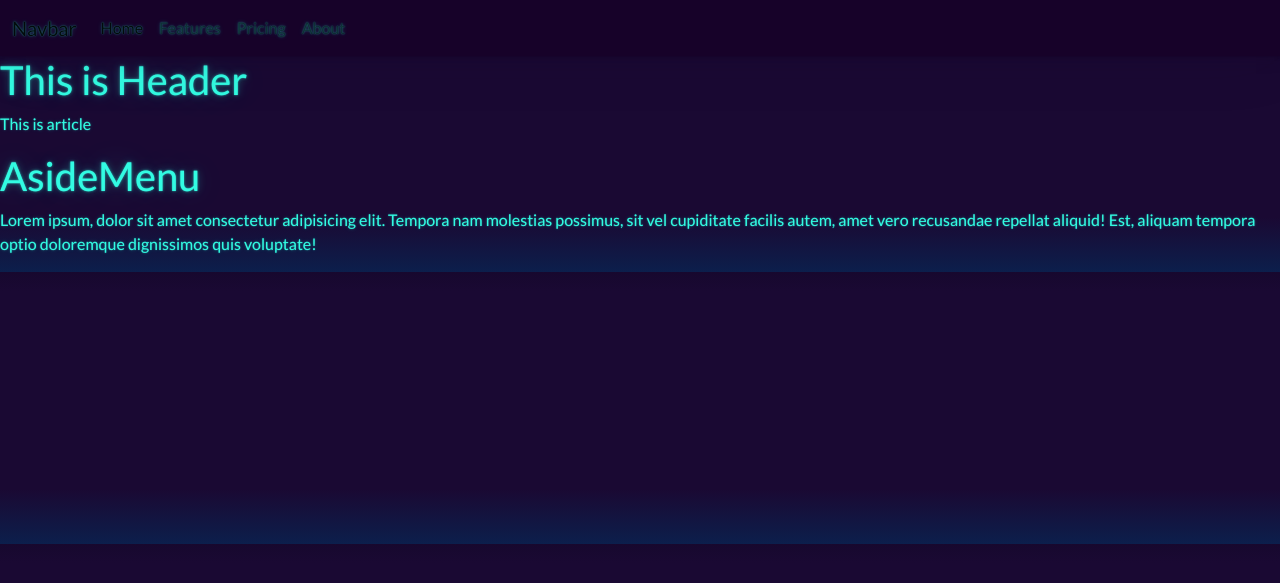
Repository: chanwarichawki/React-BC
Page: /
An editor plug-in stored every save of this project. The page is shown before and after the next save, followed by the edit.
The browser window is 1280 px wide. The pictures show the whole page.
Some web libraries are served in a nearby version. The project was rebuilt for these pictures with package versions that can differ from the ones it lists, and the page was loaded fresh each time. Also part of the build but not shown: vite.config.js.

Above is the page before, as saved 2024-01-14 20:04:03.

### src/App.jsx
import Article from "./components/Article";
import Header from "./components/Header";
import NavBar from "./components/NavBar";

function App() {
  return (
    <>
    <NavBar />
    <Header />
    <Article />
    </>
  )
}

export default App

### src/index.css
@import "/node_modules/bootswatch/dist/vapor/bootstrap.min.css"

### src/components/Article.jsx
import AsideMenu from "./AsideMenu"

const Article = () => {
  return (
      <>
      <div>
      <p>This is article</p>
      </div>
      <AsideMenu />
      </>
  )
}

export default Article

### src/components/Header.jsx

function Header() {
  return (
    <div><h1>This is Header</h1></div>
  )
}

export default Header

### src/components/NavBar.jsx

function NavBar() {
  return (
    <nav className="navbar navbar-expand-lg bg-dark" data-bs-theme="dark">
  <div className="container-fluid">
    <a className="navbar-brand" href="#">Navbar</a>
    <button className="navbar-toggler" type="button" data-bs-toggle="collapse" data-bs-target="#navbarColor02" aria-controls="navbarColor02" aria-expanded="false" aria-label="Toggle navigation">
      <span className="navbar-toggler-icon"></span>
    </button>
    <div className="collapse navbar-collapse" id="navbarColor02">
      <ul className="navbar-nav me-auto">
        <li className="nav-item">
          <a className="nav-link active" href="#">Home
            <span className="visually-hidden">(current)</span>
          </a>
        </li>
        <li className="nav-item">
          <a className="nav-link" href="#">Features</a>
        </li>
        <li className="nav-item">
          <a className="nav-link" href="#">Pricing</a>
        </li>
        <li className="nav-item">
          <a className="nav-link" href="#">About</a>
        </li>
      </ul>
    </div>
  </div>
</nav>
  )
}

export default NavBar

### src/components/AsideMenu.jsx


function AsideMenu() {
  return (
    <>
    <h1>AsideMenu</h1>
    <p>Lorem ipsum, dolor sit amet consectetur adipisicing elit. Tempora nam molestias possimus, sit vel cupiditate facilis autem, amet vero recusandae repellat aliquid! Est, aliquam tempora optio doloremque dignissimos quis voluptate!</p>
    </>
  )
}

export default AsideMenu

Loaded but not shown: index.html (common file); src/main.jsx (common file)

After the next save:
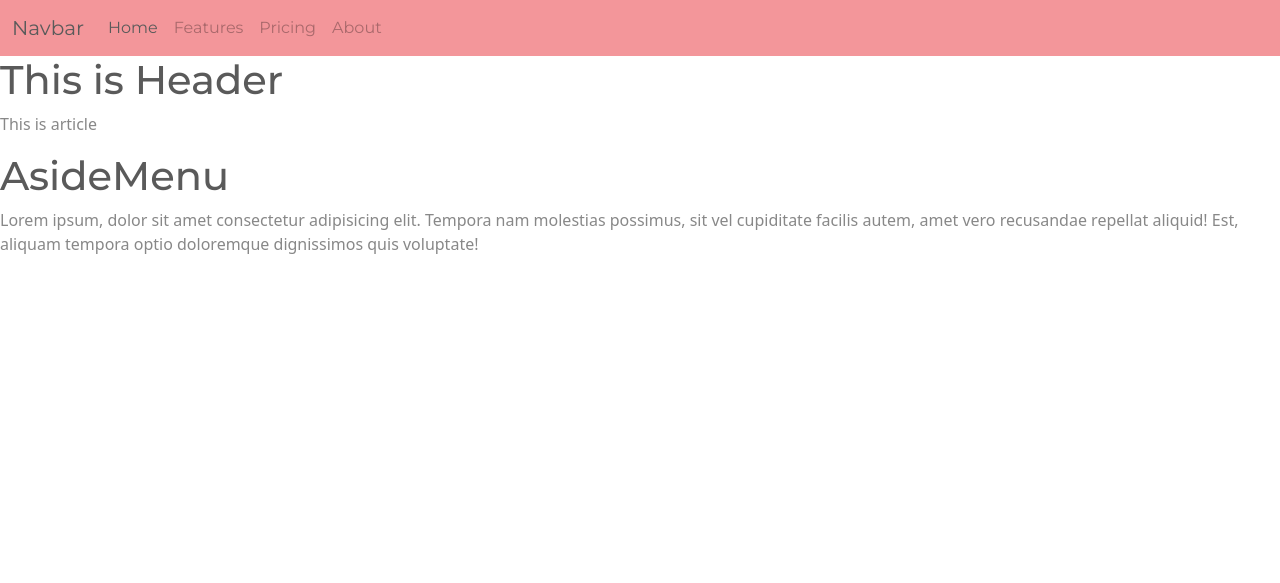
Saved 9 s later.
--- a/src/index.css
+++ b/src/index.css
@@ -1 +1 @@
-@import "/node_modules/bootswatch/dist/vapor/bootstrap.min.css"
+@import "/node_modules/bootswatch/dist/minty/bootstrap.min.css"
